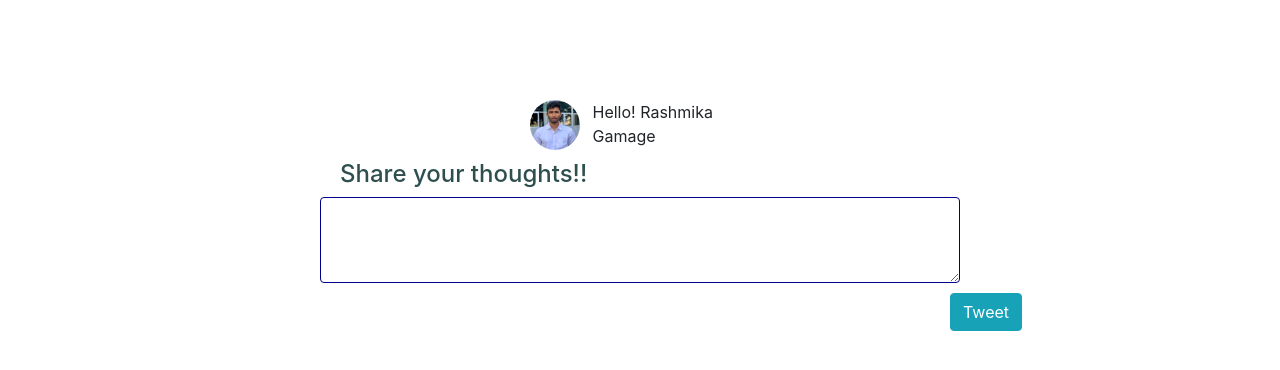
Repository: rashmikagamage/OAuth-Implementation
Page: / (app in frontend/)
The author's editor kept a copy of each file at every save. The page is drawn from the files as they stood at one save, then again after the next save.
The browser window is 1280 px wide. The pictures show the whole page.
Some web libraries are served in a nearby version. The project was rebuilt for these pictures with package versions that can differ from the ones it lists, and the page was loaded fresh each time. Also part of the build but not shown: frontend/src/components/login.js, frontend/src/components/git-home.js, frontend/src/App.css.

Above is the page before, as saved 2021-09-08 10:46:14.

### frontend/public/index.html
<!DOCTYPE html>
<html lang="en">
  <head>
    <meta charset="utf-8" />
    <link rel="icon" href="%PUBLIC_URL%/favicon.ico" />
    <meta name="viewport" content="width=device-width, initial-scale=1" />
    <meta name="theme-color" content="#000000" />
    <meta
      name="description"
      content="Web site created using create-react-app"
    />
    <link rel="apple-touch-icon" href="%PUBLIC_URL%/logo192.png" />
    <!--
      manifest.json provides metadata used when your web app is installed on a
      user's mobile device or desktop. See https://developers.google.com/web/fundamentals/web-app-manifest/
    -->
    <link rel="manifest" href="%PUBLIC_URL%/manifest.json" />
    <link rel="stylesheet" href="https://pro.fontawesome.com/releases/v5.13.0/css/all.css">
    <link rel="shortcut icon" href="%PUBLIC_URL%/favicon.ico">
    <!--
      Notice the use of %PUBLIC_URL% in the tags above.
      It will be replaced with the URL of the `public` folder during the build.
      Only files inside the `public` folder can be referenced from the HTML.

      Unlike "/favicon.ico" or "favicon.ico", "%PUBLIC_URL%/favicon.ico" will
      work correctly both with client-side routing and a non-root public URL.
      Learn how to configure a non-root public URL by running `npm run build`.
    -->
    <link rel="stylesheet" href="https://maxcdn.bootstrapcdn.com/bootstrap/4.0.0/css/bootstrap.min.css" integrity="sha384-Gn5384xqQ1aoWXA+058RXPxPg6fy4IWvTNh0E263XmFcJlSAwiGgFAW/dAiS6JXm" crossorigin="anonymous">
    <title>React App</title>

  </head>
  <body>

    <noscript>You need to enable JavaScript to run this app.</noscript>
    <div id="root"></div>
    <!--
      This HTML file is a template.
      If you open it directly in the browser, you will see an empty page.

      You can add webfonts, meta tags, or analytics to this file.
      The build step will place the bundled scripts into the <body> tag.

      To begin the development, run `npm start` or `yarn start`.
      To create a production bundle, use `npm run build` or `yarn build`.
    -->
    <script src="https://code.jquery.com/jquery-3.2.1.slim.min.js" integrity="sha384-KJ3o2DKtIkvYIK3UENzmM7KCkRr/rE9/Qpg6aAZGJwFDMVNA/GpGFF93hXpG5KkN" crossorigin="anonymous"></script>
    <script src="https://cdnjs.cloudflare.com/ajax/libs/popper.js/1.12.9/umd/popper.min.js" integrity="sha384-ApNbgh9B+Y1QKtv3Rn7W3mgPxhU9K/ScQsAP7hUibX39j7fakFPskvXusvfa0b4Q" crossorigin="anonymous"></script>
    <script src="https://maxcdn.bootstrapcdn.com/bootstrap/4.0.0/js/bootstrap.min.js" integrity="sha384-JZR6Spejh4U02d8jOt6vLEHfe/JQGiRRSQQxSfFWpi1MquVdAyjUar5+76PVCmYl" crossorigin="anonymous"></script>
  </body>
</html>

### frontend/src/App.js
import Login from './components/login';
import GitHome from './components/git-home';
import TwitterHome from './components/twitter-home';
import {BrowserRouter as Router, Route} from "react-router-dom";
import './App.css';

function App() {
  return (

    <Router>{
      <div>
          <switch>
              <Route path="/login" component={Login}/>
              <Route path="/auth/github/callback" component={GitHome}/>
              <Route path="/" component={TwitterHome}/>
          </switch>
      </div>
  }

  </Router>
  );
}

export default App;

### frontend/src/components/twitter-home.js
import "../css/twitter.css";
import avatar from "../images/my.jpg";
import React, { useState } from "react";
const axios = require("axios").default;

function TwitterHome(props) {

  const [username,setUserName] = useState("Rashmika Gamage");
    function tweet(){

    }
  return (
    <div>
      <div class="container avatar-cont">
        <div class="row">
          <div class="col-sm-3">
          <img src={avatar} alt="Avatar" class="avatar"></img>
          </div>
          <div class="col-sm">
          Hello! {username}
          </div>
        </div>
      </div>

      <h4 class="tweetHeader">Share your thoughts!!</h4>
         <textarea class="form-control text" id="exampleFormControlTextarea1" rows="3"></textarea>
        <button type="button" class="btn btn-info twt-button" onClick={() => tweet()} >Tweet</button>
    </div>
  );
}

export default TwitterHome;

### frontend/src/css/twitter.css
.login{
    width: 240px;
    margin-top: 50px;
    margin-left: 450px;
}
.margin5{
    margin-top: 55px;
}
.buttonSize{
    width: 250px;
    margin-left: 50px;
}
.text{
    margin: auto;
  width: 50%;
  border-color: darkblue;
}
.tweetHeader{
    color:darkslategrey;
    margin-left: 340px;
    margin-top: 10px;
}

.twt-button{
    margin-top: 10px;
    margin-left: 950px;
}

.avatar {
    vertical-align: middle;
    width: 50px;
    height: 50px;
    border-radius: 50%;
  }

.avatar-cont{
    width: 250px;
    margin-top: 100px;
}

Loaded but not shown: frontend/src/index.js (common file); frontend/src/index.css (common file); frontend/src/reportWebVitals.js (common file)

After the next save:
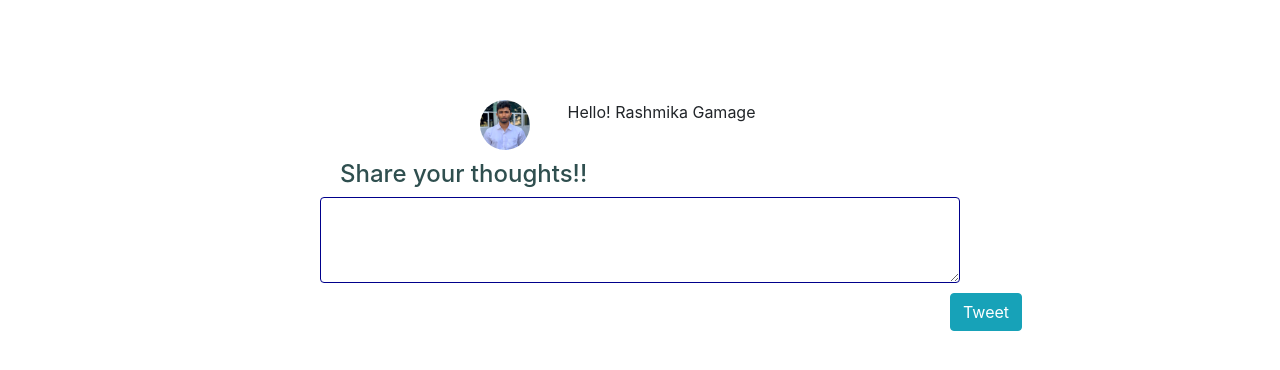
Saved 12 s later.
--- a/frontend/src/css/twitter.css
+++ b/frontend/src/css/twitter.css
@@ -34,6 +34,6 @@
   }
 
 .avatar-cont{
-    width: 250px;
+    width: 350px;
     margin-top: 100px;
 }
